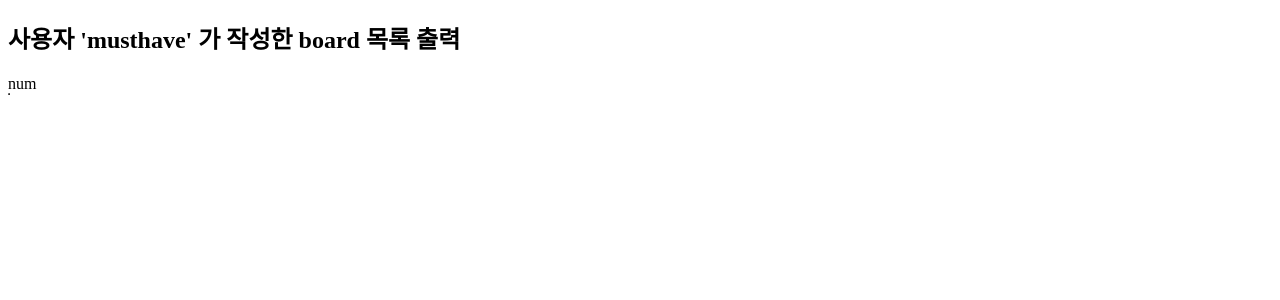
Repository: Park-Dongheon/Servlet-JSP_Training
Page: http://localhost/MustHaveJSP/05JDBC/ExeQuery1.jsp
These files come from the project's save history. The page is drawn as it stood at one moment and after the next save; the edit follows.
The browser window is 1280 px wide. The pictures show the whole page.
The page is served by Tomcat 10. Queries for data that is not in the repository find no rows.

Above is the page before, as saved 2024-06-14 07:55:57.

After the next save:
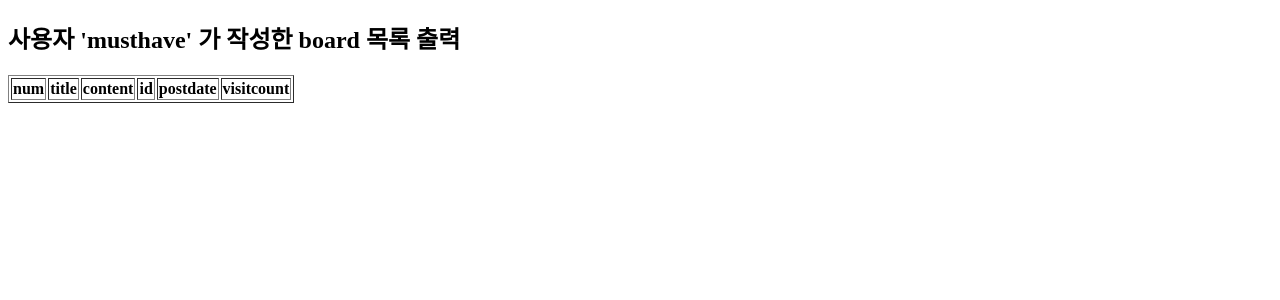
Saved 78 s later.
--- a/MustHaveJSP/src/main/webapp/05JDBC/ExeQuery1.jsp
+++ b/MustHaveJSP/src/main/webapp/05JDBC/ExeQuery1.jsp
@@ -23,7 +23,7 @@
 		ResultSet rs = jdbc.getRs();
 
 		out.println("<table border='1'>");
-		out.println("num ");
+		out.println("<tr><th>num</th><th>title</th><th>content</th><th>id</th><th>postdate</th><th>visitcount</th></tr>");
 		while (rs.next()) {
 			int num = rs.getInt(1);
 			String title = rs.getString("title");
